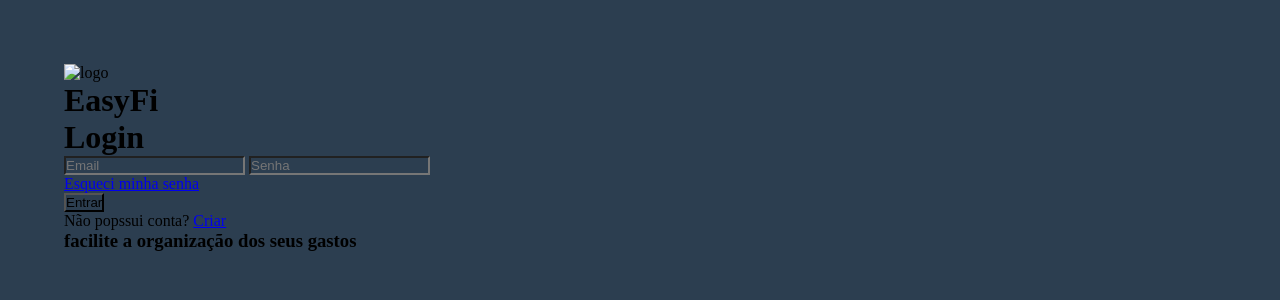
Repository: Ingridiag/projeto-engenharia
Page: login.html
These files come from the project's save history. The page is drawn as it stood at one moment and after the next save; the edit follows.
The browser window is 1280 px wide. The pictures show the whole page.

Above is the page before, as saved 2024-10-28 15:05:22.

After the next save:
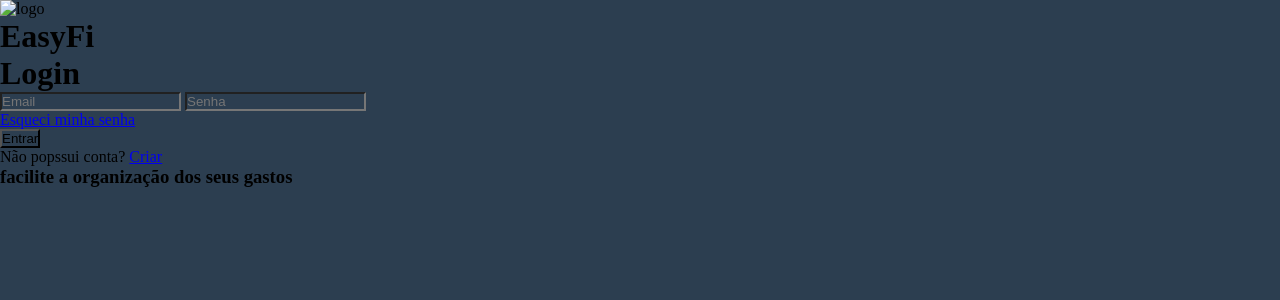
Saved 76 s later.
--- a/style.css
+++ b/style.css
@@ -11,7 +11,7 @@
 .login{
     width: 100%;
     height: 100%;
-    margin: 5% ;
+    marg
     display: flex;
     align-items: center;
 }

After the save that followed:
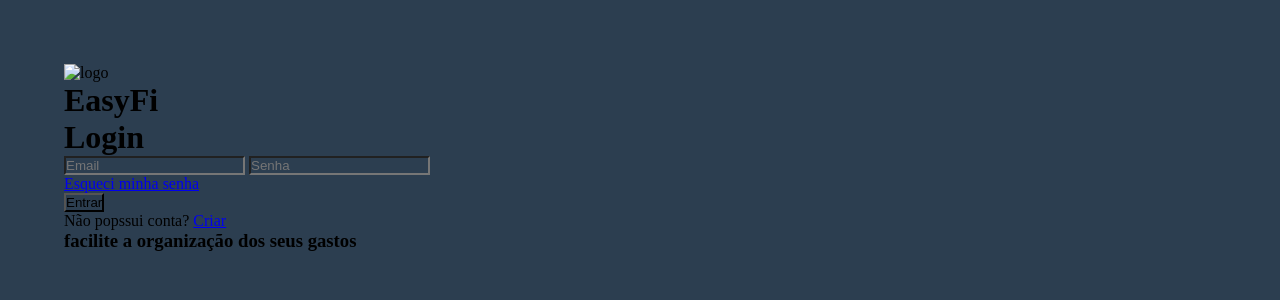
Saved 6 s later.
--- a/style.css
+++ b/style.css
@@ -11,7 +11,7 @@
 .login{
     width: 100%;
     height: 100%;
-    marg
+    margin: 5% ;
     display: flex;
     align-items: center;
 }
